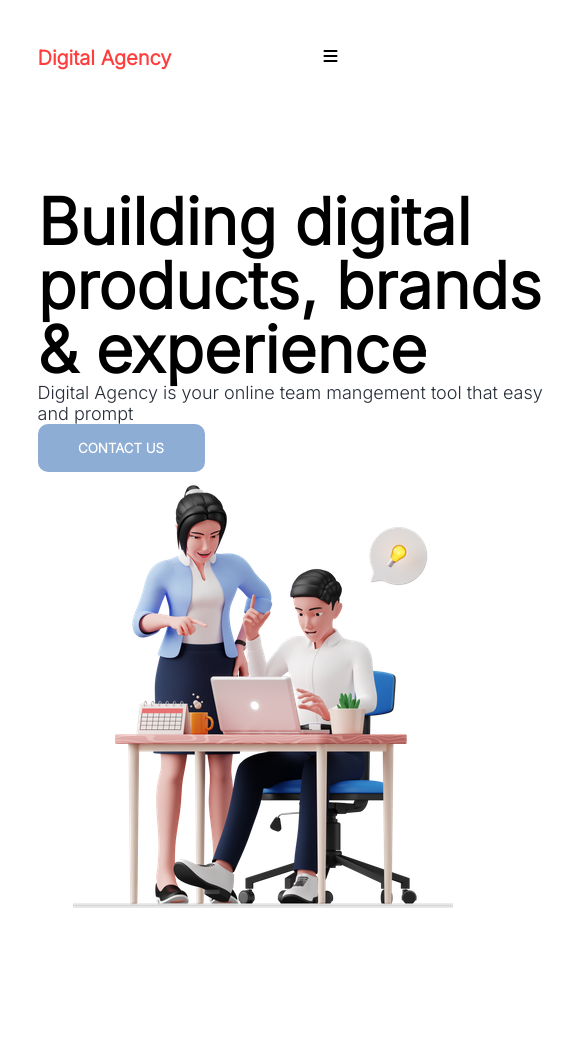
Repository: ThuatDev/fullstack_devc
Page: index.html
These files come from the project's save history. The page is drawn as it stood at one moment and after the next save; the edit follows.
The browser window is 375 px wide. The page is 578 px wide, so the pictures cover 578 px, including what lies to the right of the window. The pictures show the whole page.

Above is the page before, as saved 2022-11-09 17:37:04.

After the next save:
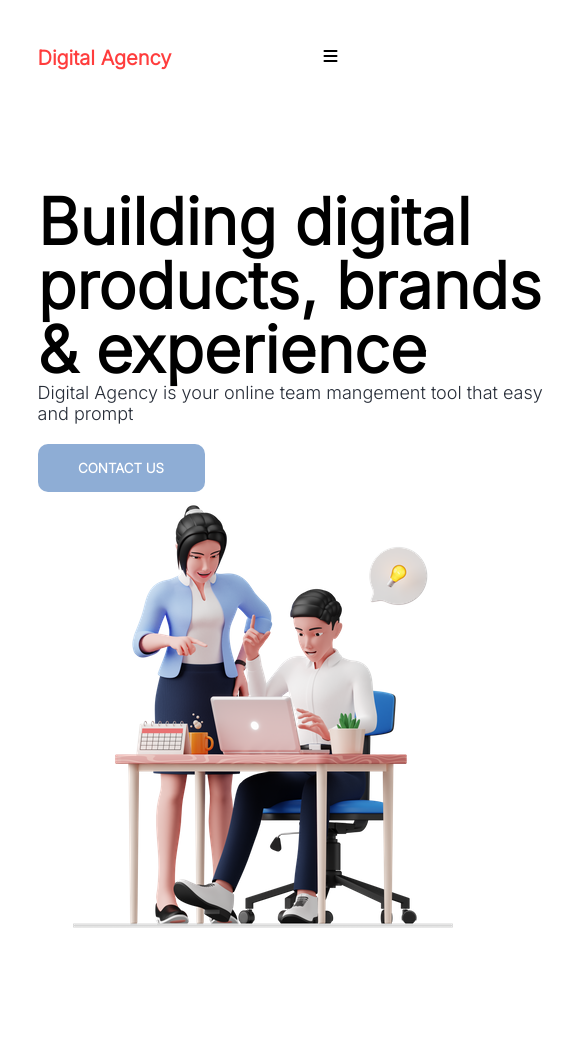
Saved 29 s later.
--- a/reposive.css
+++ b/reposive.css
@@ -29,7 +29,7 @@
   .h-section .h-section__left {
     margin-top: 20px;
   }
-  .h-section .h-section__left h2 {
-    font-size: 32px;
+  .h-section .h-section__left button {
+    margin-top: 20px;
   }
 }
